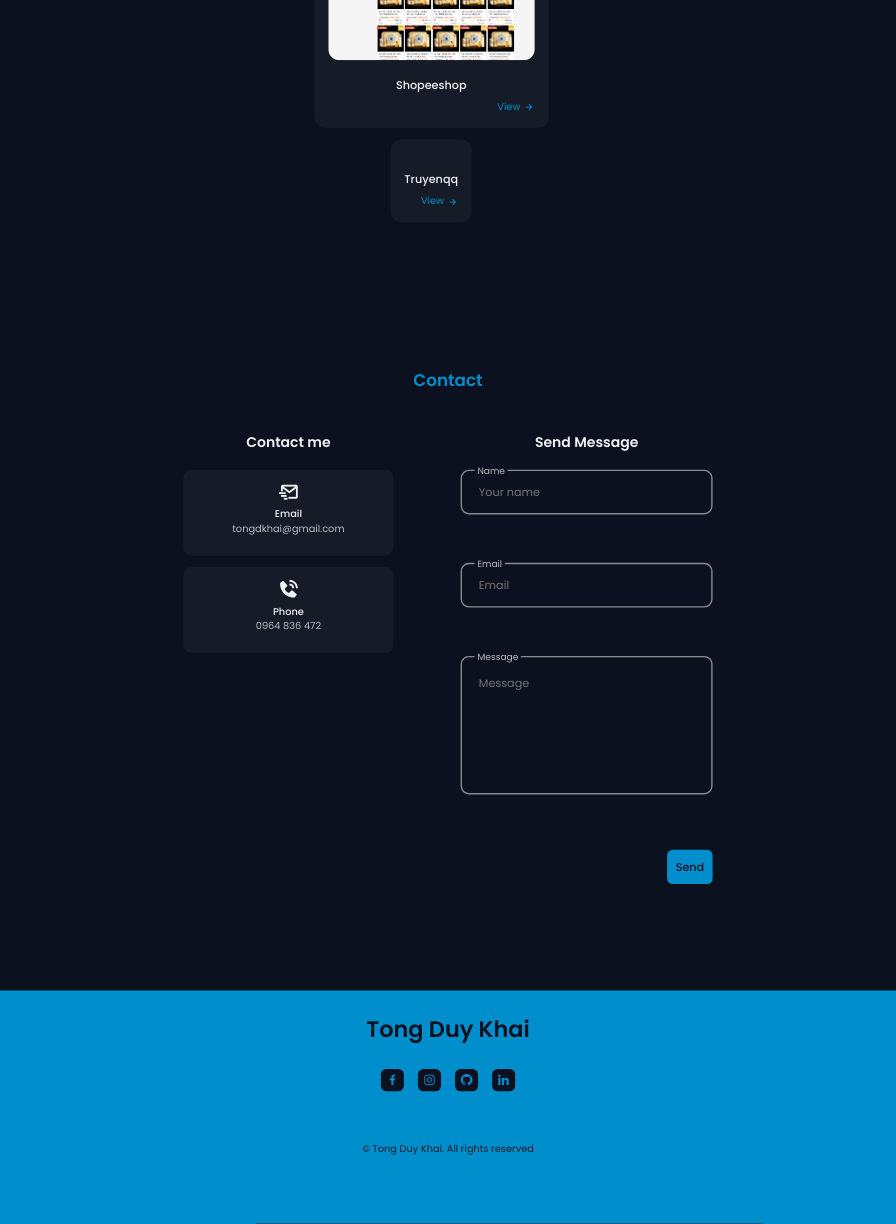
Repository: tongdkhai/portfolio
Page: index.html
An editor plug-in stored every save of this project. The page is shown before and after the next save, followed by the edit.
The browser window is 1280 px wide. The pictures show the part of the page from y = 2500 to 4420 px (the page is 4248 px tall before and 4420 px after), at 70% of full size.

Above is the page before, as saved 2022-08-24 14:36:02.

### index.html
<!DOCTYPE html>
<html lang="en">

<head>
    <meta charset="UTF-8">
    <meta name="viewport" content="width=device-width, initial-scale=1.0">

    <!--=============== FAVICON ===============-->
    <link rel="shortcut icon" href="./img/favicon.png" type="image/x-icon">

    <!--=============== BOXICONS ===============-->
    <link href='https://unpkg.com/boxicons@2.1.1/css/boxicons.min.css' rel='stylesheet'>

    <!--=============== SWIPER CSS ===============-->
    <link rel="stylesheet" href="./css/swiper-bundle.min.css">

    <!--=============== CSS ===============-->
    <link rel="stylesheet" href="./css/main.css">

    <title>Tong Duy Khai</title>
</head>

<body>
    <!--=============== HEADER ===============-->
    <header class="header" id="header">
        <nav class="nav container">

            <a href="#" class="nav__logo">Tong Duy Khai</a>

            <div class="nav__menu">
                <ul class="nav__list">
                    <li class="nav__item ">
                        <a href="#home" class="nav__link active-link">
                            <i class='bx bx-home-alt'></i>
                        </a>
                    </li>

                    <li class="nav__item">
                        <a href="#about" class="nav__link">
                            <i class='bx bx-user'></i>
                        </a>
                    </li>

                    <li class="nav__item">
                        <a href="#skills" class="nav__link">
                            <i class='bx bx-book'></i>
                        </a>
                    </li>

                    <li class="nav__item">
                        <a href="#work" class="nav__link">
                            <i class='bx bx-briefcase-alt'></i>
                        </a>
                    </li>

                    <li class="nav__item">
                        <a href="#contact" class="nav__link">
                            <i class='bx bx-message'></i>
                        </a>
                    </li>
                </ul>
            </div>

            <i class='bx bx-moon change-theme' id="theme-button"></i>
        </nav>
    </header>

    <!--=============== MAIN ===============-->
    <main class="main">
        <!--=============== HOME ===============-->
        <section class="home section" id="home">
            <div class="home__container container grid">
                <div class="home__data">
                    <h1 class="home__name">Tong Duy Khai</h1>
                    <h3 class="home__education">Front End - Web Developer<br><br>

                        <div class="home__buttons">
                            <a download="" href="./pdf/Tong Duy Khai_CV.pdf" class="button button--ghost" target="_blank">
                                Download CV
                            </a>
                        </div>
                </div>
                 <div class="home__handle">
                    <img src="./img/avatar.png" alt="" class="home__img">
                </div>
            </div>
        </section>

        <!--=============== ABOUT ===============-->
        <section class="about section" id="about">
            <h2 class="section__title">Infomation</h2>

            <div class="about__container container grid">
                <img src="./img/avatar.png" alt="" class="about__img">

                <div class="about__data">
                    <div class="about__info">
                        <div class="about__box">
                            <i class='bx bx-award about__icon'></i>
                            <h3 class="about__title">Experience</h3>
                            <span class="about__subtitle">Intern</span>
                        </div>

                        <div class="about__box">
                            <i class='bx bx-briefcase about__icon'></i>
                            <h3 class="about__title">Complete</h3>
                            <span class="about__subtitle">2+ Projects</span>
                        </div>

                        <div class="about__box">
                            <i class='bx bxs-building-house about__icon'></i>
                            <h3 class="about__title">Worked</h3>
                            <span class="about__subtitle">Worked in the company</span>
                        </div>
                    </div>

                    <p class="about__description">
                        Frontend Developer, I create web pages with HTML, CSS and Javascript.
                    </p>

                </div>
            </div>
        </section>

        <!--=============== SKILLS ===============-->
        <section class="skills section" id="skills">
            <h2 class="section__title">Skills</h2>

            <div class="skills__container container grid">

                 <div class="skills__content">
                    <h3 class="skills__title">FrontEnd Developer</h3>

                    <div class="skills__box">
                        <div class="skills__group">
                            <div class="skills__data">
                                <i class='bx bx-check-circle'></i>

                                <div>
                                    <h3 class="skills__name">HTML</h3>
                                    <span class="skills__level">Basic</span>
                                </div>
                            </div>

                            <div class="skills__data">
                                <i class='bx bx-check-circle'></i>

                                <div>
                                    <h3 class="skills__name">CSS</h3>
                                    <span class="skills__level">Basic</span>
                                </div>
                            </div>

                        </div>
                        <div class="skills__group">
                            <div class="skills__data">
                                <i class='bx bx-check-circle'></i>

                                <div>
                                    <h3 class="skills__name">Javascript</h3>
                                    <span class="skills__level">Basic</span>
                                </div>
                            </div>

                        </div>
                    </div>
                </div>

                <div class="skills__content">
                    <h3 class="skills__title">Tools - Frameworks</h3>

                    <div class="skills__box">
                        <div class="skills__group">
                            <div class="skills__data">
                                <i class='bx bx-check-circle'></i>

                                <div>
                                    <h3 class="skills__name">Bootstrap</h3>
                                    <span class="skills__level">Basic</span>
                                </div>
                            </div>

                            <div class="skills__data">
                                <i class='bx bx-check-circle'></i>

                                <div>
                                    <h3 class="skills__name">Git/Github</h3>
                                    <span class="skills__level">Basic</span>
                                </div>
                            </div>
                        </div>
                    </div>
                </div>


            </div>
        </section>

        <!--=============== WORK ===============-->
        <section class="work section" id="work">
            <h2 class="section__title">Portfolio</h2>

            <div class="work__container container grid">
                <div class="work__card mix web">
                    <img src="./img/DKT Express.png" alt="" class="work__img">

                    <h3 class="work__title">DKT Express</h3>
                    <a href="https://tongdkhai.github.io/DKT-Express/" target="_blank" class="work__button">
                        View <i class='bx bx-right-arrow-alt work__icon'></i>
                    </a>
                </div>

                <div class="work__card mix web">
                    <img src="./img/Giaovan.png" alt="" class="work__img">

                    <h3 class="work__title">Giao vận</h3>
                    <a href="https://tongdkhai.github.io/giaovan/" target="_blank" class="work__button">
                        View <i class='bx bx-right-arrow-alt work__icon'></i>
                    </a>
                </div>
            </div>
            <div class="work__container container grid">
                <div class="work__card mix web">
                    <img src="./img/Shopee.png" alt="" class="work__img">

                    <h3 class="work__title">Shopeeshop</h3>
                    <a href="https://tongdkhai.github.io/Shopeeshop/" target="_blank" class="work__button">
                        View <i class='bx bx-right-arrow-alt work__icon'></i>
                    </a>
                </div>

            </div>
            <div class="work__container container grid">
                <div class="work__card mix web">
                    <img src="" alt="" class="work__img">

                    <h3 class="work__title">Truyenqq</h3>
                    <a href="https://tongdkhai.github.io/truyenqq/" target="_blank" class="work__button">
                        View <i class='bx bx-right-arrow-alt work__icon'></i>
                    </a>
                </div>

            </div>
        </section>

        <!--=============== CONTACT ===============-->
        <section class="contact section" id="contact">
            <h2 class="section__title">Contact</h2>

            <div class="contact__container container grid">
                <div class="contact__content">
                    <h3 class="contact__title">Contact me</h3>

                    <div class="contact__info">
                        <div class="contact__card">
                            <i class='bx bx-mail-send contact__card-icon'></i>
                            <h3 class="contact__card-title">Email</h3>
                            <span class="contact__card-data">tongdkhai@gmail.com</span>
                        </div>

                        <div class="contact__card">
                            <i class='bx bxs-phone-call contact__card-icon'></i>
                            <h3 class="contact__card-title">Phone</h3>
                            <span class="contact__card-data">0964 836 472</span>
                        </div>


                    </div>
                </div>

                <div class="contact__content">
                    <h3 class="contact__title">Send Message</h3>

                    <form action="" class="contact__form" id="form-1">
                        <div class="contact__form-div">
                            <label for="fullname" class="contact__form-tag">Name</label>
                            <input id="fullname" name="fullname" type="text" placeholder="Your name"
                                class="contact__form-input">
                            <span class="form-message"></span>
                        </div>

                        <div class="contact__form-div">
                            <label for="email" class="contact__form-tag">Email</label>
                            <input id="email" name="email" type="text" placeholder="Email"
                                class="contact__form-input">
                            <span class="form-message"></span>
                        </div>

                        <div class="contact__form-div contact__form-area">
                            <label for="" class="contact__form-tag">Message</label>
                            <textarea name="message" id="message" cols="30" rows="10" class="contact__form-input"
                                placeholder="Message"></textarea>
                            <span class="form-message"></span>
                        </div>

                        <button class="button form-submit pull-right">Send</button>
                    </form>
                </div>
            </div>
        </section>
    </main>

    <!--=============== FOOTER ===============-->
    <footer class="footer">
        <div class="footer__container container">
            <h1 class="footer__title">Tong Duy Khai</h1>

            <ul class="footer__social">
                <a href="https://www.facebook.com/tongdkhai/" target="_blank" class="footer__social-link">
                    <i class='bx bxl-facebook'></i>
                </a>
                <a href="https://www.instagram.com/dk.tong/" target="_blank" class="footer__social-link">
                    <i class='bx bxl-instagram'></i>
                </a>
                <a href="https://github.com/tongdkhai" target="_blank"
                    class="footer__social-link">
                    <i class='bx bxl-github'></i>
                </a>
                <a href="https://www.linkedin.com/in/tongdkhai/" target="_blank"
                    class="footer__social-link">
                    <i class='bx bxl-linkedin'></i>
                </a>
            </ul>

            <span class="footer__copy">
                &#169; Tong Duy Khai. All rights reserved
            </span>
        </div>
    </footer>

    <div class="social">
         <a href="https://www.facebook.com/tongdkhai/" target="_blank" class="social-link">
                        <i class='bx bxl-facebook'></i>
                    </a>

                    <a href="https://www.instagram.com/dk.tong/" target="_blank" class="social-link">
                        <i class='bx bxl-instagram'></i>
                    </a>

                    <a href="https://github.com/tongdkhai" target="_blank" class="social-link">
                        <i class='bx bxl-github'></i>
                    </a>

                    <a href="https://www.linkedin.com/in/tongdkhai/" target="_blank" class="social-link">
                        <i class='bx bxl-linkedin'></i>
                    </a>
    </div>
    <div id="toast"></div>
    <!-- FORM VALIDATOR -->
    <script src="./js/validator.js"></script>
    <script>
        Validator({
            form: '#form-1',
            formGroupSelector: '.contact__form-div',
            errorSelector: '.form-message',
            rules: [
                Validator.isRequired('#fullname', 'Please write your name'),
                Validator.isRequired('#email', 'Please write your email'),
                Validator.isEmail('#email', 'Email isnt invalid, please rewrite'),
                Validator.isRequired('#message', 'Please write message for me'),
            ],
            onSubmit: function (data) {
                console.log(data);
            }
        });
    </script>
    <!-- TOAST MESENGES -->
    <script src="./js/toast.js"></script>

    <!--=============== SCROLLREVEAL ===============-->
    <script src="./js/scrollreveal.min.js"></script>

    <!--=============== MIXITUP FILTER ===============-->
    <script src="./js/mixitup.min.js"></script>

    <!--=============== MAIN JS ===============-->
    <script src="./js/main.js"></script>
</body>

</html>

Loaded but not shown: css/swiper-bundle.min.css (library); js/scrollreveal.min.js (library); js/mixitup.min.js (library); js/validator.js (167 lines, source omitted); js/main.js (96 lines, source omitted); js/toast.js (60 lines, source omitted); css/main.css (919 lines, source omitted)

After the next save:
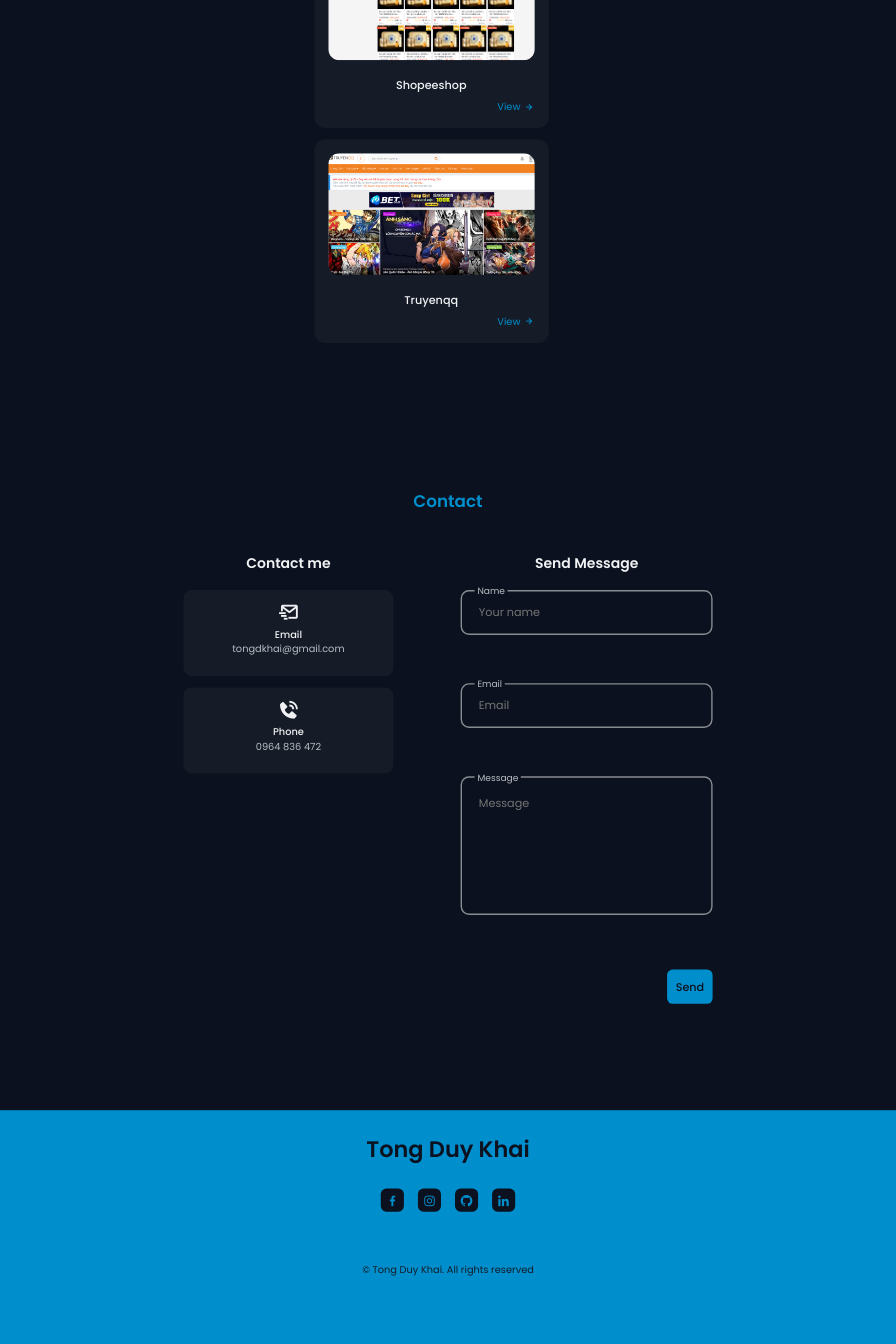
Saved 5 min 44 s later.
--- a/index.html
+++ b/index.html
@@ -232,7 +232,7 @@
             </div>
             <div class="work__container container grid">
                 <div class="work__card mix web">
-                    <img src="" alt="" class="work__img">
+                    <img src="./img/Truyenqq.png" alt="" class="work__img">
 
                     <h3 class="work__title">Truyenqq</h3>
                     <a href="https://tongdkhai.github.io/truyenqq/" target="_blank" class="work__button">
